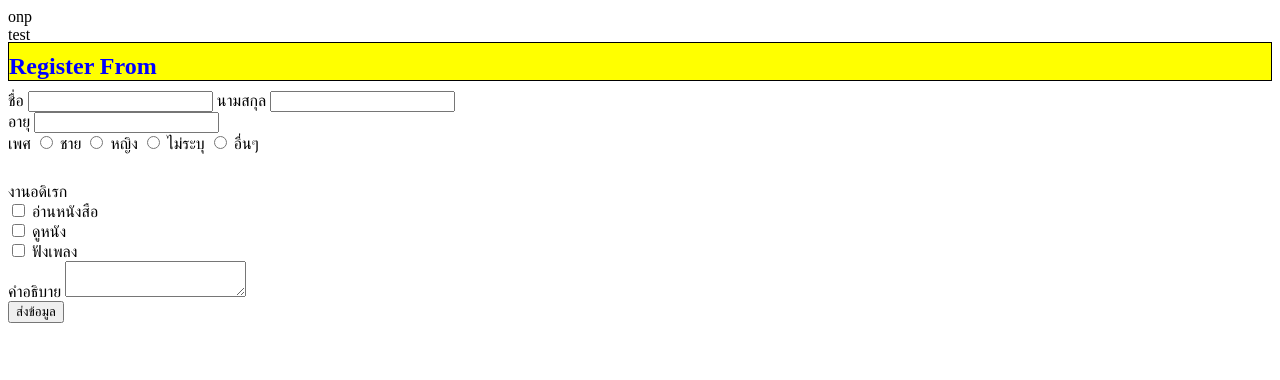
Repository: Onpreeya1/241-2567-820-
Page: index.html
These files come from the project's save history. The page is drawn as it stood at one moment and after the next save; the edit follows.
The browser window is 1280 px wide. The pictures show the whole page.

Above is the page before, as saved 2024-12-21 15:13:23.

### index.html
<!DOCTYPE html>
<html lang="en">

<head>
    <meta charset="UTF-8">
    <meta name="viewport" content="width=device-width, initial-scale=1.0">
    <title>Document</title>
    <style>
        /*  มีไว้ให้เดฟอ่าน 1 แต่งใคร  id ,class ,dom 2แต่งอะไร*/
        body {
            font-family: "kanit";
            src: url('Kanit (1)/Kanit-Regular.ttf');
        }

        #register {
            font-size: 24px;
            color: blue;
            font-weight: 800;
            padding-top: 10px;
            margin-bottom: 10px;
            background-color: yellow;
            border: 1px solid black;
        }

        .feom {
            display: block;
        }

        .gender {
            display: inline-block;
            height: 50px;
            flex-direction: row-reverse;
        }

        .left {
            float: left
        }

        .right {
            float: light;
        }
    </style>
</head>

<body>
    <div class="right">
        onp
    </div>
    <div class="left">
        test
    </div>
    <!-- from -->
    <h1 id="register"> Register From</h1>
    <span class="header-from"> ชื่อ </span>
    <input type="text">
    นามสกุล
    <input type="text"> <br>
    อายุ
    <input type="number" min=" 0" max="100">
    <div>
        เพศ
        <div class="gender">
            <input name="grnder" type="radio"> ชาย
        </div>
        <div class="gender">
            <input name="grnder" type="radio"> หญิง
        </div>
        <div class="gender">
            <input name="grnder" type="radio"> ไม่ระบุ
        </div>
        <div class="gender">
            <input name="grnder" type="radio"> อื่นๆ
        </div>
        <div>
            งานอดิเรก
            <div>
                <input name="hobby" type="checkbox"> อ่านหนังสือ
            </div>
            <div>
                <input name="hobby" type="checkbox"> ดูหนัง
            </div>
            <div>
                <input name="hobby" type="checkbox"> ฟังเพลง
            </div>
        </div>
        <div>
            คำอธิบาย
            <textarea></textarea>
        </div>
        <button>ส่งข้อมูล</button>
</body>

</html>

After the next save:
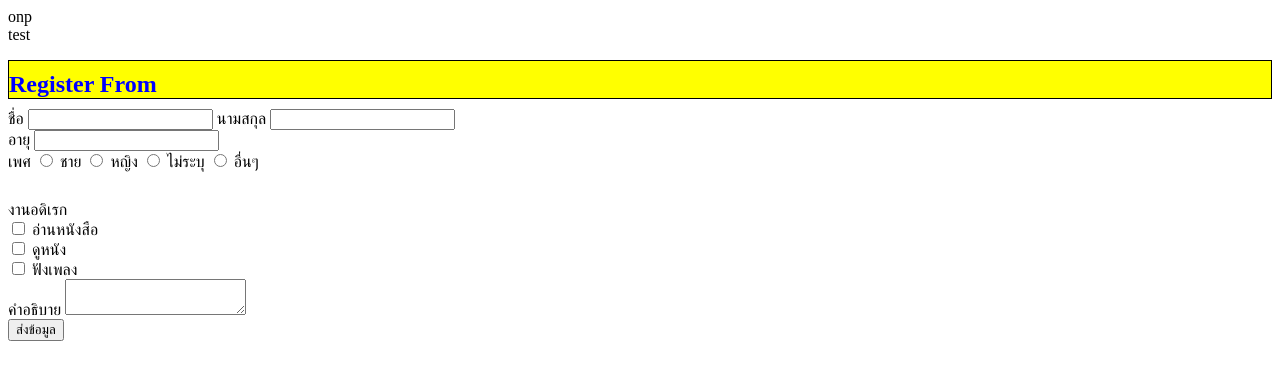
Saved 7 min 34 s later.
--- a/index.html
+++ b/index.html
@@ -32,13 +32,7 @@
             flex-direction: row-reverse;
         }
 
-        .left {
-            float: left
-        }
 
-        .right {
-            float: light;
-        }
     </style>
 </head>
 
